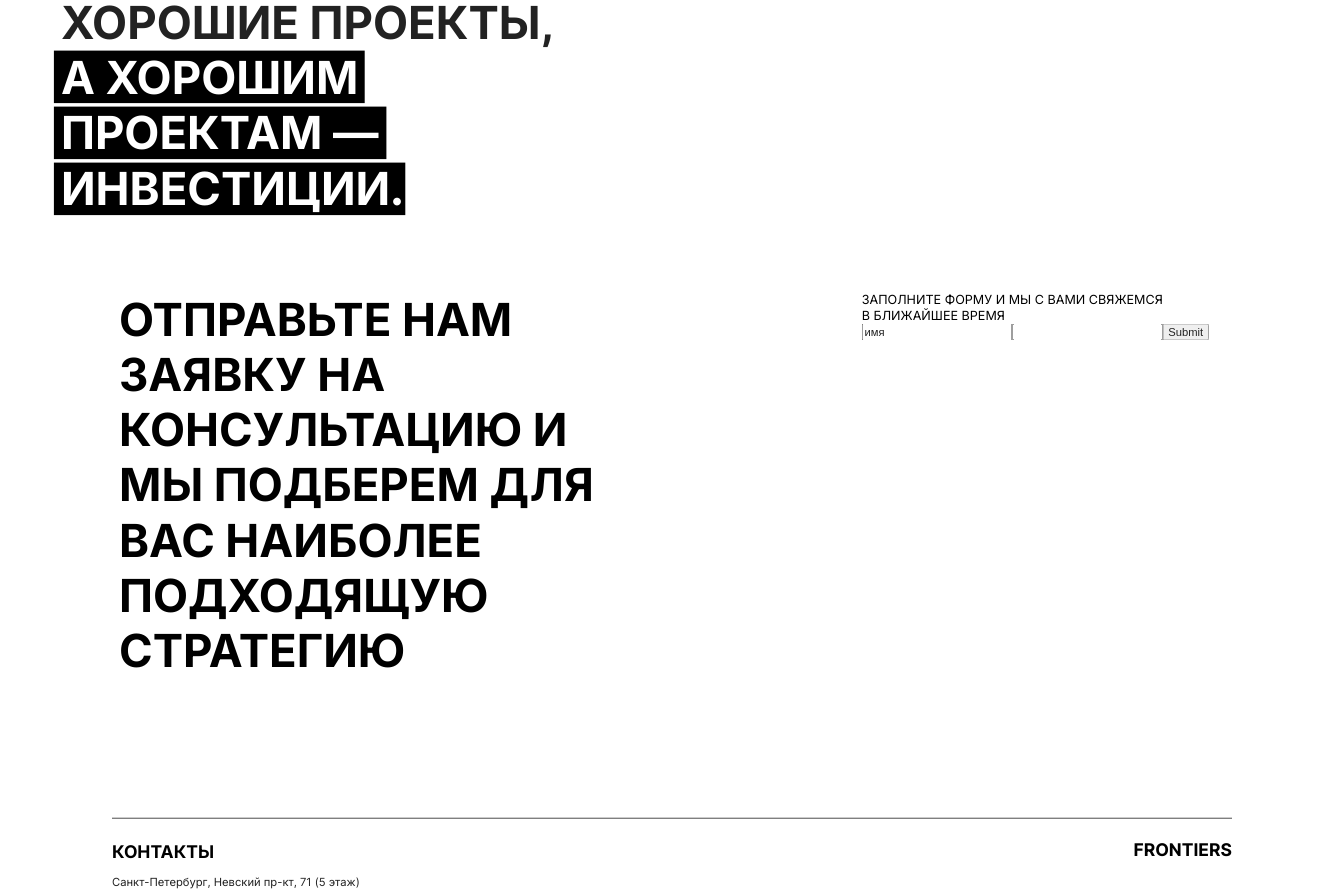
Repository: NadyaKorvin/frontiers
Page: /
The author's editor kept a copy of each file at every save. The page is drawn from the files as they stood at one save, then again after a run of saves.
The browser window is 1280 px wide. The page is 1920 px wide, so the pictures cover 1920 px, including what lies to the right of the window. The pictures show the part of the page from y = 1245 to 2525 px (the page is 2665 px tall), at 70% of full size.
The project was rebuilt for these pictures with package versions that can differ from the ones it lists, and the page was loaded fresh each time.

Above is the page before, as saved 2022-05-23 16:30:00.

After the next 2 saves:
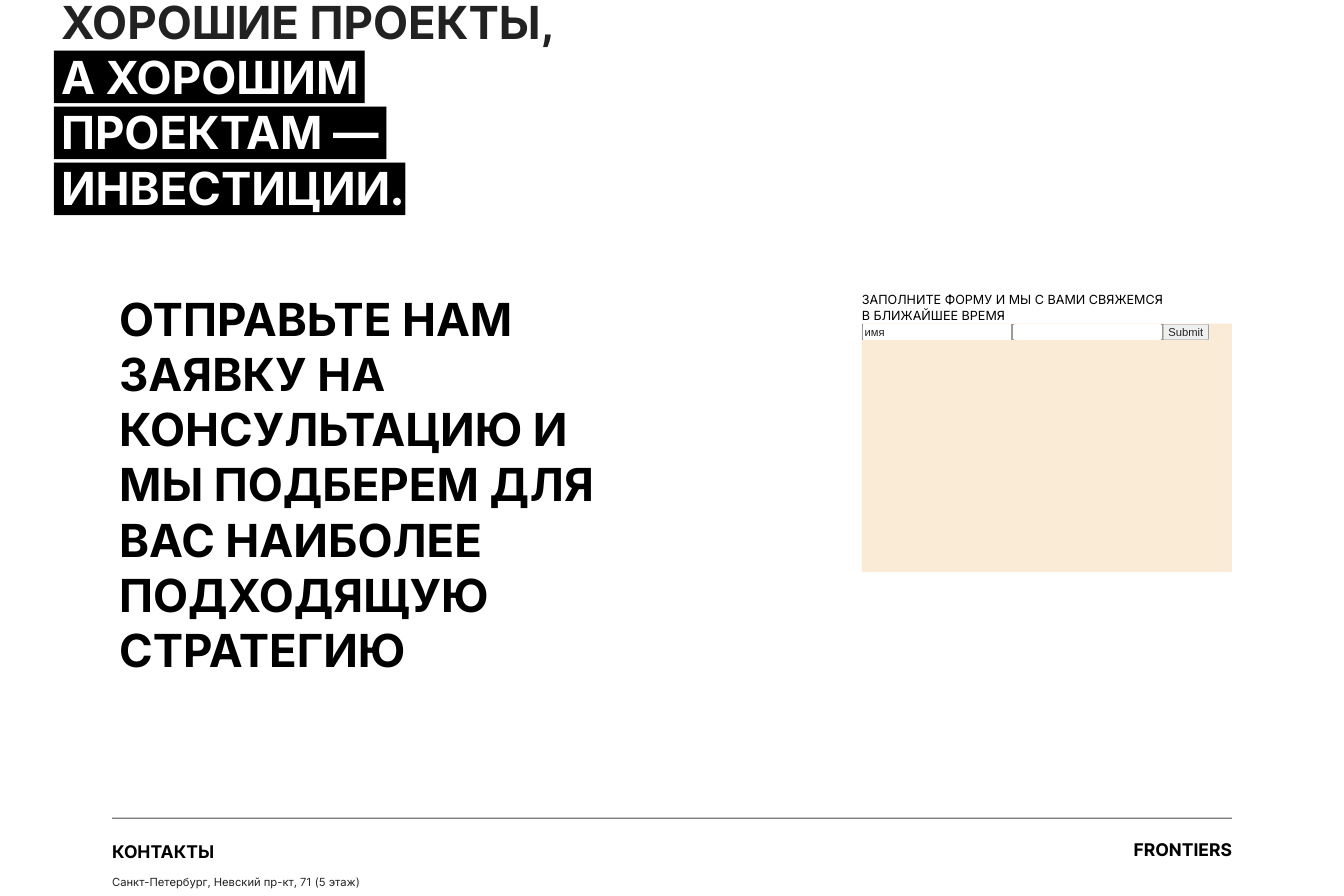
The 2 saves are shown as one change because 1 did not build or start.
The last was saved 28 s later.
--- a/src/components/lastScreen/Form.module.css
+++ b/src/components/lastScreen/Form.module.css
@@ -1,4 +1,5 @@
 .form {
     width: 529px;
-    height: ;
+    height: 355px;
+    background-color: antiquewhite;
 }
